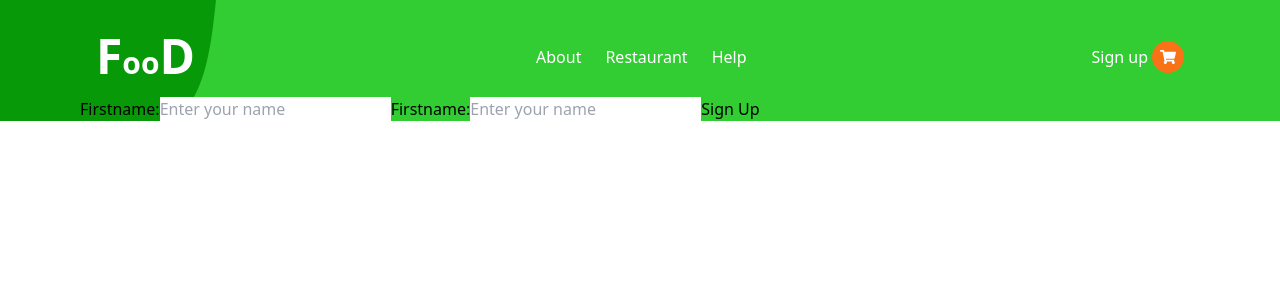
Repository: KhushiCode14/FoodWeb
Page: /signUp (app in frontend/)
An editor plug-in stored every save of this project. The page is shown before and after the next save, followed by the edit.
The browser window is 1280 px wide. The pictures show the whole page.
The project was rebuilt for these pictures with package versions that can differ from the ones it lists, and the page was loaded fresh each time. Also part of the build but not shown: frontend/src/Pages/Home.tsx, frontend/src/components/Home/SignIn.tsx, frontend/src/components/Home/Cart.tsx.

Above is the page before, as saved 2024-09-20 19:17:04.

### frontend/src/index.css
@tailwind base;
@tailwind components;
@tailwind utilities;

.bgBack{
  background-image: url(../src/components/images/background.svg);
}

### frontend/src/App.tsx
import { Route, BrowserRouter as Router, Routes, } from 'react-router-dom';
import './App.css';
import Navbar from './Pages/Navbar';
import Home from './Pages/Home';
import SignUp from './components/Home/SignUp';
import SignIn from './components/Home/SignIn';
import Cart from './components/Home/Cart';

function App() {
  return (
    <div className="App bgBack m-0 px-20 pt-2 max-sm:px-3 max-sm:pt-1">
      <Router>
        <Navbar />
        <Routes>
          <Route path="/" element={<Home />} />
          <Route path="/signUp" element={<SignUp />} />
          {/* Sign Up: This action is for new users who want to create an account. */}
          <Route path="/signIn" element={<SignIn />} />
          {/* Sign In: This action is for users who already have an account */}
          <Route path="/cart" element={<Cart />} />
          {/* <Route  path="/about" element={About} />
        <Route  path="/contact" element={Contact} /> */}
        </Routes>
      </Router>

    </div>
  );
}

export default App;

### frontend/src/Pages/Navbar.tsx
import { NavLink, Link } from "react-router-dom";
import { FaShoppingCart, FaCartPlus } from "react-icons/fa";
import { useState } from "react";
import { IoReorderThreeOutline } from "react-icons/io5";

interface Nav {
  to: string;
  linkName: string;
}

const Navbar: React.FC = () => {
  const [sign, setSign] = useState<string>('Sign up');
  const [menu, setMenu] = useState<boolean>(false);
  const [cart, setCart] = useState<JSX.Element>(<FaShoppingCart />);

  const navLinks: Nav[] = [
    { to: "/about", linkName: "About" },
    { to: "/", linkName: "Restaurant" },
    { to: "/help", linkName: "Help" },
  ];

  const handleSignToggle = () => {
    setSign((prev) => (prev === 'Sign up' ? 'Sign in' : 'Sign up'));
  };

  const handleCartToggle = () => {
    setCart((prevCart) =>
      prevCart.type === FaShoppingCart ? <FaCartPlus /> : <FaShoppingCart />
    );
  };

  return (
    <div className="mt-2 flex justify-between items-center text-white  p-4">
      <div className="font-bold text-3xl">
        <Link to="/">
          <span className="text-5xl">F</span>oo<span className="text-5xl">D</span>
        </Link>
      </div>

      {/* Desktop Menu */}
      <div className="hidden md:flex">
        {navLinks.map((link, index) => (
          <Link key={index} to={link.to} className="mx-3 hover:text-gray-400">
            {link.linkName}
          </Link>
        ))}
      </div>

      {/* Mobile Menu Button */}
      <div className="flex items-center relative">
        <button className="hidden md:block">
          <NavLink to="/signUp" onClick={handleSignToggle} className="m-1">
            {sign}
          </NavLink>
        </button>

        <div onClick={handleCartToggle} className="bg-orange-500 p-2 rounded-full cursor-pointer">
         <Link to="/cart"> {cart}</Link>
        </div>

        <div className="md:hidden flex items-center ml-3">
          <IoReorderThreeOutline onClick={() => setMenu(!menu)} className="text-2xl cursor-pointer" />
        </div>
      </div>

      {/* Mobile Dropdown Menu */}
      {menu && (
        <div className="md:hidden mt-2 absolute right-0 w-40 bg-orange-500  p-2 rounded-lg z-10 top-20">
          <ul className="flex flex-col">
            {navLinks.map((link, index) => (
              <li key={index} className="my-1">
                <Link to={link.to} className="block px-4 py-2 text-white text-1xl  hover:bg-orange-800 rounded">
                  {link.linkName}
                </Link>
              </li>
            ))}
          </ul>
        </div>
      )}
    </div>
  );
};

export default Navbar;

### frontend/src/components/Home/SignUp.tsx


const SignUp = () => {
  return (
    <div className="bg-inherit">
 <form className="flex flex-row">
<div>
<label htmlFor="firstname">Firstname:</label>
<input type="text" id="firstname" placeholder="Enter your name" />
</div>
 <label htmlFor="firstname">Firstname:</label>
 <input type="text" id="firstname" placeholder="Enter your name" />

  <button type="submit">Sign Up</button>
 </form>
    </div>
  )
}

export default SignUp

### frontend/tailwind.config.js
/** @type {import('tailwindcss').Config} */
module.exports = {
  content: [
    "./src/**/*.{js,jsx,ts,tsx}",
  ],
  theme: {
    extend: {
      fontFamily: {
        'cursive': ['Pacifico', 'cursive']
      }
    },
  },
  plugins: [],
}

Loaded but not shown: frontend/public/index.html (common file); frontend/src/index.tsx (common file); frontend/src/reportWebVitals.ts (common file); frontend/src/App.css (no stored copy; drawn as an empty file)

After the next save:
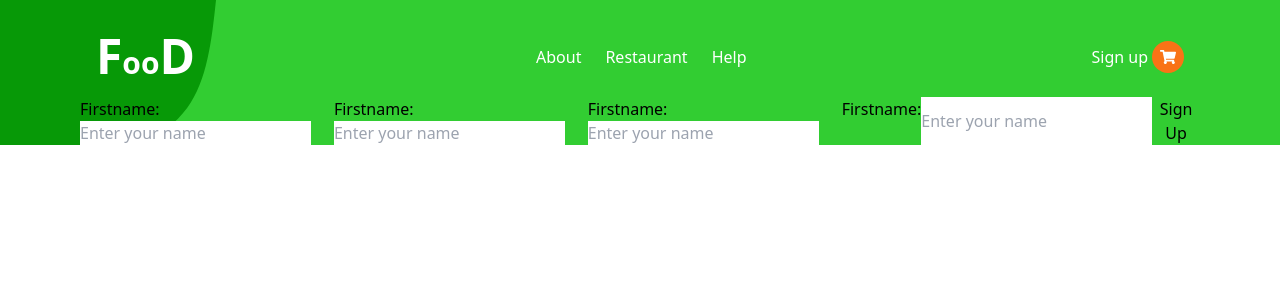
Saved 10 s later.
--- a/frontend/src/components/Home/SignUp.tsx
+++ b/frontend/src/components/Home/SignUp.tsx
@@ -4,6 +4,14 @@ const SignUp = () => {
   return (
     <div className="bg-inherit">
  <form className="flex flex-row">
+<div>
+<label htmlFor="firstname">Firstname:</label>
+<input type="text" id="firstname" placeholder="Enter your name" />
+</div>
+<div>
+<label htmlFor="firstname">Firstname:</label>
+<input type="text" id="firstname" placeholder="Enter your name" />
+</div>
 <div>
 <label htmlFor="firstname">Firstname:</label>
 <input type="text" id="firstname" placeholder="Enter your name" />
